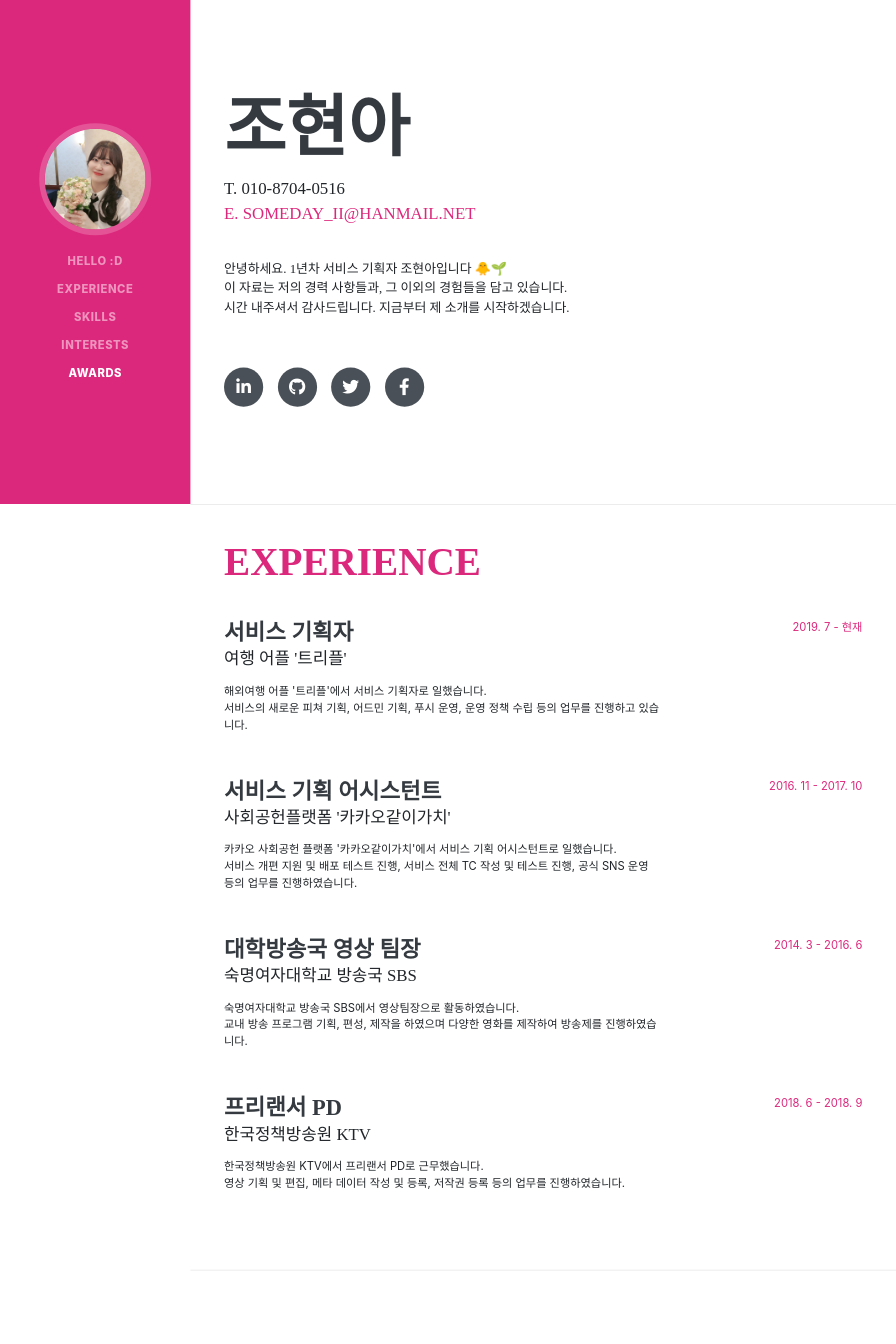
Repository: hyunah-aha/hyunah-aha
Page: Resume/index.html
The author's editor kept a record of every edit. The page is drawn from the files as they stood at one moment, then again after the next edit.
The browser window is 1280 px wide. The pictures show the part of the page from y = 0 to 1920 px (the page is 4823 px tall), at 70% of full size.
A picture or video elsewhere on the page could not be fetched, so the positions and the page height are approximate. Some web fonts or font styles are not loaded; a fallback is used.

Above is the page before.

After the next edit:
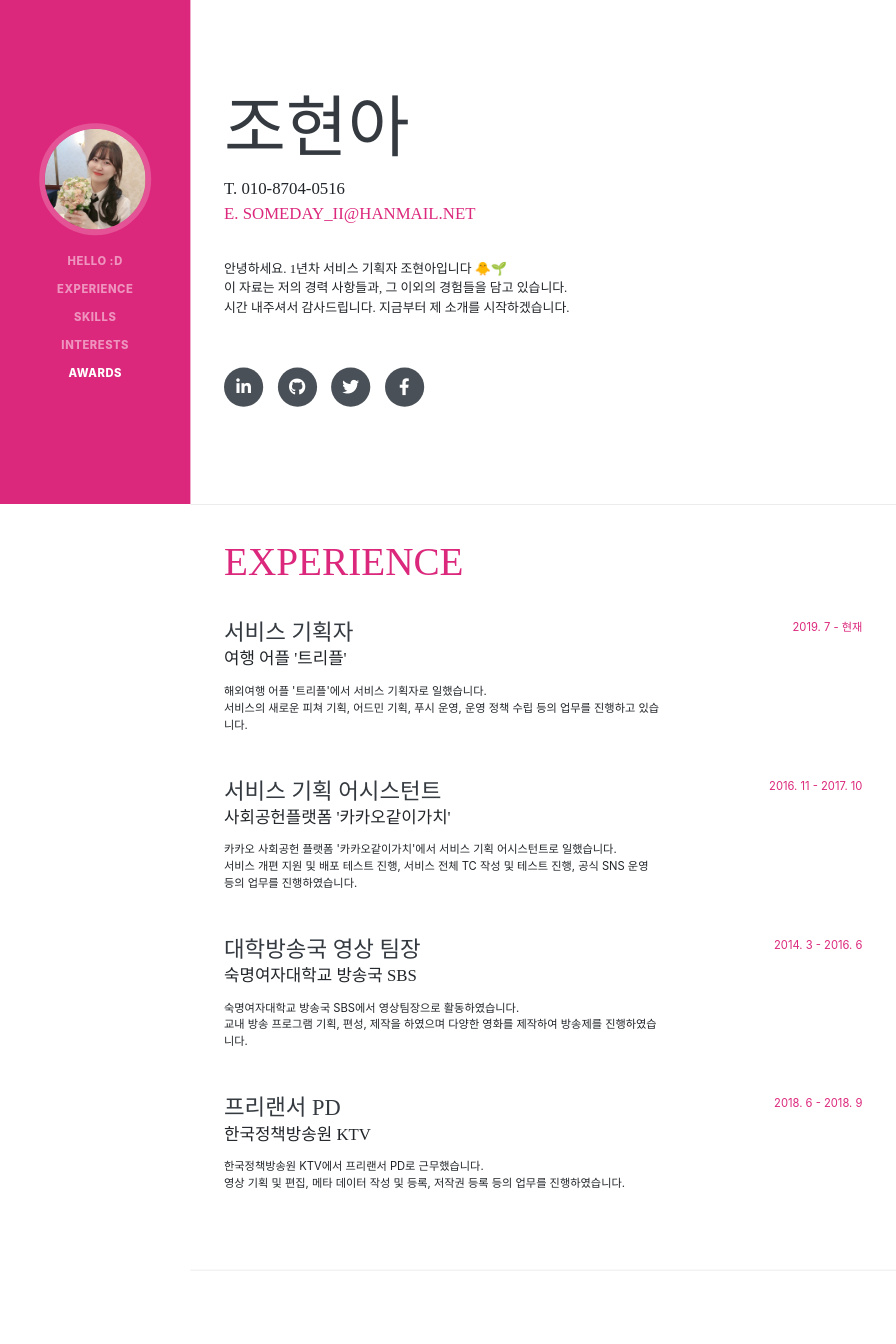
The edit:
--- a/Resume/css/resume.css
+++ b/Resume/css/resume.css
@@ -25,7 +25,6 @@
 h5,
 h6 {
   font-family: 'MapoGoldenPier'; src: url('https://cdn.jsdelivr.net/gh/projectnoonnu/noonfonts_2001@1.1/MapoGoldenPierA.woff') format('woff'); font-weight: normal; font-style: normal;
-  font-weight: 700;
   text-transform: uppercase;
   color: #343a40;
 }
